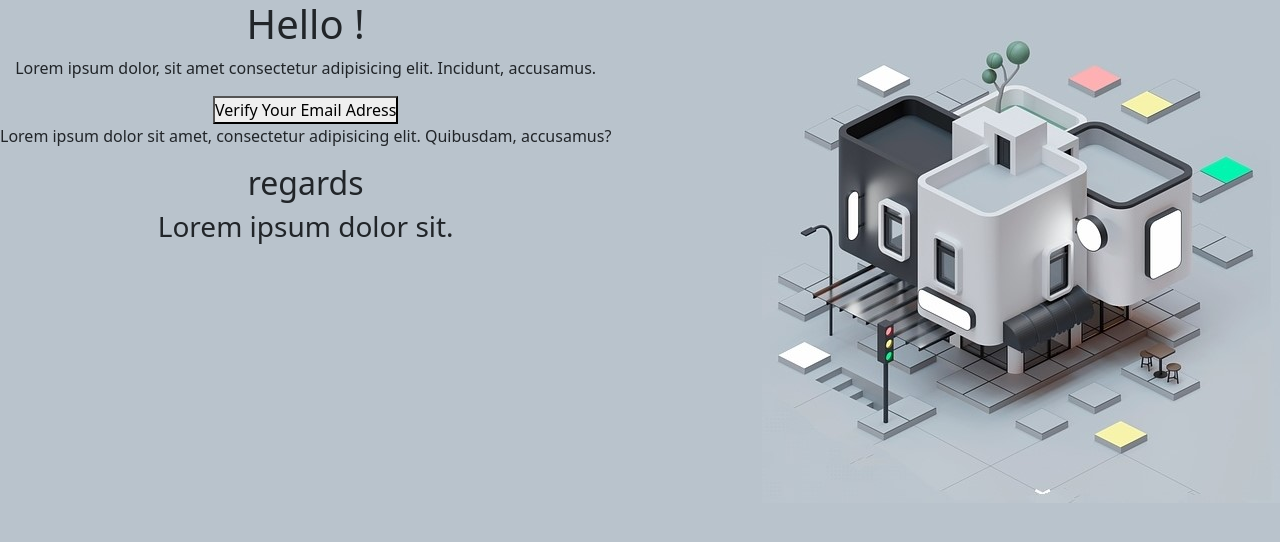
Repository: Aayush919/taskui
Page: index.html
These files come from the project's save history. The page is drawn as it stood at one moment and after a run of saves; the edit follows.
The browser window is 1280 px wide. The pictures show the whole page.

Above is the page before, as saved 2024-01-12 12:37:15.

After the next 3 saves:
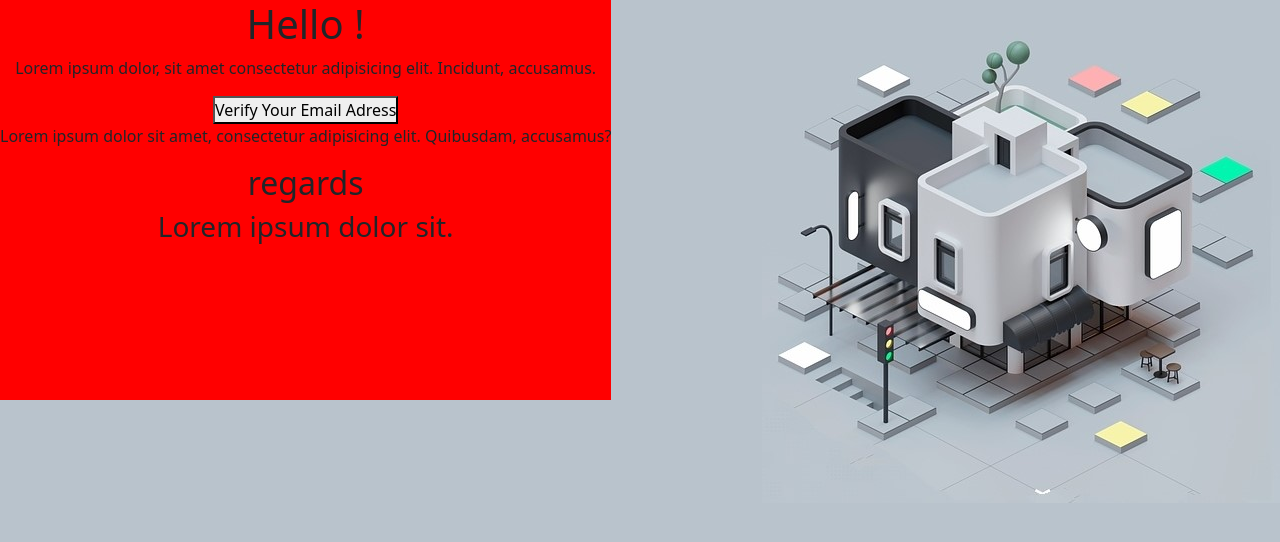
The 3 saves are shown as one change because they came seconds apart.
The last was saved 14 s later.
--- a/style.css
+++ b/style.css
@@ -39,5 +39,6 @@ html,body{
     display:flex;
     flex-direction: column;
     align-items: center;
-
+    height: 400px;
+    background-color:red;
 }
